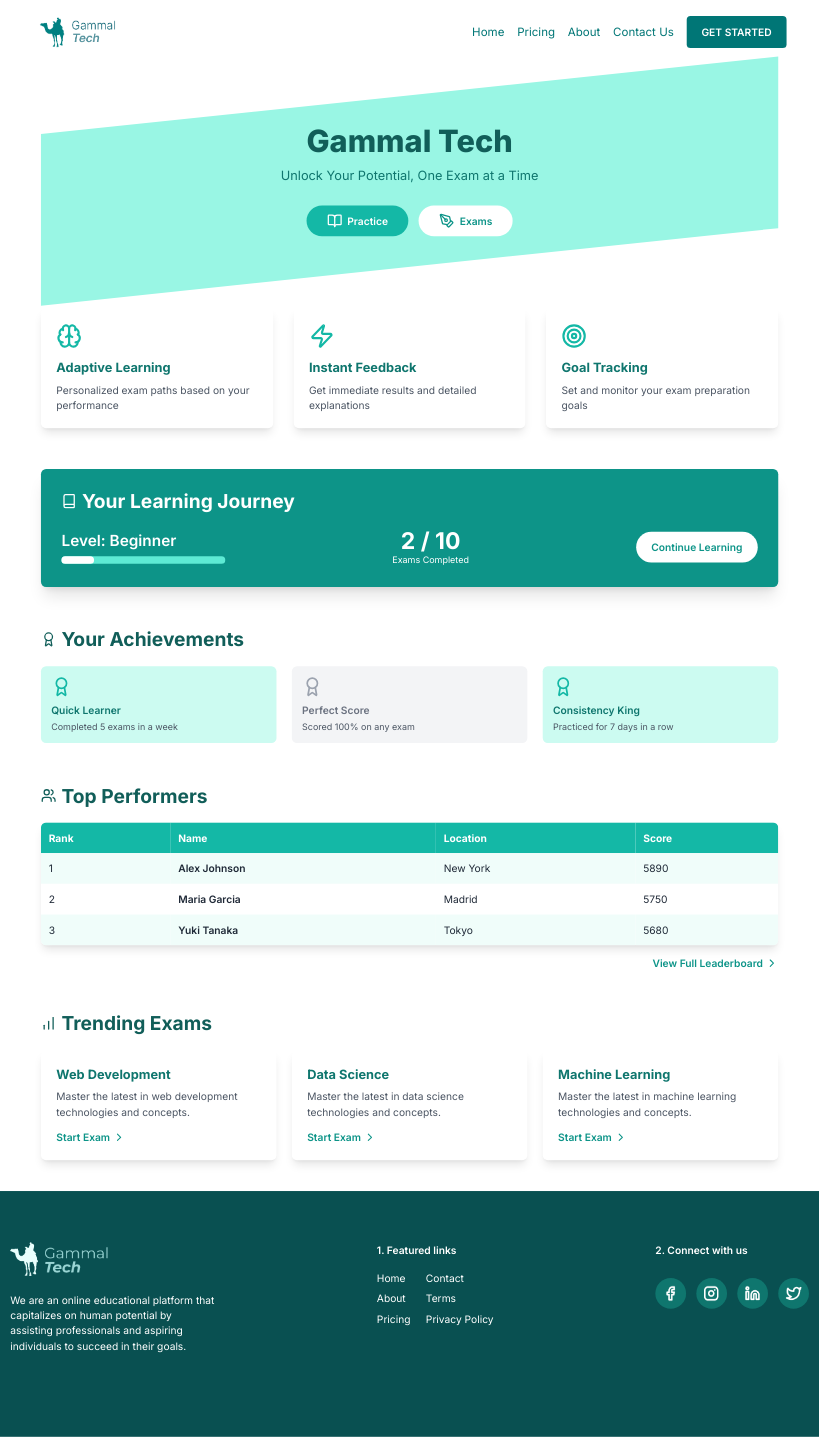
Repository: Ahmed77669/Internship-test
Page: /Home_2
An editor plug-in stored every save of this project. The page is shown before and after the next save, followed by the edit.
The browser window is 1280 px wide. The pictures show the whole page, at 64% of full size.
The page's requests for data from a server got no answer. The project was rebuilt for these pictures with package versions that can differ from the ones it lists, and the page was loaded fresh each time. The framework's server and built-in components were replaced by stand-ins that run in the browser. No one was signed in, and anything a server would have sent is missing. Also part of the build but not shown: next.config.mjs, components/Header/NavBarAuth.tsx.

Above is the page before, as saved 2024-10-26 02:23:22.

### app/layout.tsx
import type { Metadata } from "next";
import localFont from "next/font/local";
import "@/app/styles/globals.css";
import NavBarHome from "@/components/Header/Navbar";
import NavBarAuth from "@/components/Header/NavBarAuth";
import { Inter } from "next/font/google";
import Footer from "@/components/Footer/Footer";
import { cookies } from "next/headers";

const inter = Inter({
  subsets: ["latin"],
});
const geistSans = localFont({
  src: "./fonts/GeistVF.woff",
  variable: "--font-geist-sans",
  weight: "100 900",
});
const geistMono = localFont({
  src: "./fonts/GeistMonoVF.woff",
  variable: "--font-geist-mono",
  weight: "100 900",
});

export const metadata: Metadata = {
  title: "Gammal Tech Exam",
  description: "Generated by create next app",
};

export default function RootLayout({
  children,
}: Readonly<{
  children: React.ReactNode;
}>) {
  const cookieStore = cookies();
  const isAuthenticated = cookieStore.get("isAuthenticated")?.value === "true";
  return (
    <html lang="en">
      <body
        className={`${geistSans.variable} ${geistMono.variable} antialiased ${inter.className}`}
      >
        {isAuthenticated ? <NavBarAuth /> : <NavBarHome />}
        {children}
        <Footer />
      </body>
    </html>
  );
}

### app/Home_2/page.tsx
import Link from 'next/link'
import { Book, Award, Users, BarChart, ChevronRight, Brain, Zap, Target, BookOpen, PenTool } from 'lucide-react'
import HomePage from '@/components/Home/HomePage'

export default function Home() {
  return (
    <HomePage />
  );
}

### app/styles/globals.css
@tailwind base;
@tailwind components;
@tailwind utilities;

:root {
  --background: #ffffff;
  /* --foreground: #171717; */
}

@media (prefers-color-scheme: dark) {
  :root {
    /* --background: #0a0a0a; */
    --foreground: #ededed;
  }
}

body {
  color: var(--foreground);
  background: var(--background);
  font-family: Arial, Helvetica, sans-serif;
}

@layer utilities {
  .text-balance {
    text-wrap: balance;
  }
}

### components/Header/Navbar.tsx
"use client";
import React, { useEffect, useState } from "react";
import GT_logo from "@/public/gammalTech-logos/Component 6.png";
import Link from "next/link";
import Image from "next/image";
import { Menu } from "lucide-react";
import { X } from "lucide-react";
import { AnimatePresence, motion } from "framer-motion";

export default function NavBarHome() {
  const [isMenuOpen, setIsMenuOpen] = useState(false);
  const toggleMenu = () => {
    setIsMenuOpen((prev) => !prev);
  };

  useEffect(() => {
    const handleResize = () => {
      if (window.innerWidth > 1024) {
        setIsMenuOpen(false);
      }
    };

    window.addEventListener("resize", handleResize);
    return () => {
      window.removeEventListener("resize", handleResize);
    };
  }, []);

  return (
    <div className={`py-5 container mx-auto w-[92%]`}>
      <nav className="relative">
        <ul className="flex justify-between items-center">
          <li className="min-w-[152px]">
            <Link href="/">
              <Image
                src={GT_logo}
                alt="Gammal Tech Logo"
                width={130}
                className="cursor-pointer"
              />
            </Link>
          </li>
          <div className="hidden md:flex space-x-5">
            <Link
              href="/"
              className="text-[#007676] text-[18px] font-normal flex items-center"
            >
              Home
            </Link>
            <Link
              href="/pricing"
              className="text-[#007676] text-[18px] font-normal flex items-center"
            >
              Pricing
            </Link>
            <Link
              href="https://www.gammal.tech/"
              className="text-[#007676] text-[18px] font-normal flex items-center"
            >
              About
            </Link>
            <Link
              href="#"
              className="text-[#007676] text-[18px] font-normal flex items-center"
            >
              Contact Us
            </Link>
            <Link href="/signup">
              <button className="bg-[#007676] text-white rounded-md w-[156px] h-[50px] text-[16px] font-semibold  py-1 px-3 transition-all duration-300 ease-in-out hover:bg-[#005555] hover:shadow-lg">
                GET STARTED
              </button>
            </Link>
          </div>
          <div className="md:hidden flex items-center">
            <button
              onClick={toggleMenu}
              className="text-[#007676] focus:outline-none"
            >
              {isMenuOpen ? null : (
                <Menu size={40} color="#007676" strokeWidth={2} />
              )}
            </button>
          </div>
        </ul>

        <AnimatePresence>
          {isMenuOpen && (
            <motion.div
              initial={{ opacity: 0, y: -100 }}
              animate={{ opacity: 1, y: 0 }}
              exit={{ opacity: 0, y: -100 }}
              transition={{ duration: 0.5 }}
              className="fixed inset-0 bg-white z-50 overflow-y-auto"
            >
              <div className="flex flex-col items-center justify-center min-h-screen p-4">
                <button
                  onClick={toggleMenu}
                  className="absolute top-4 right-4 text-[#007676]"
                  aria-label="Close menu"
                >
                  <X size={40} color="#007676" strokeWidth={2} />
                </button>
                <nav className="w-full max-w-md">
                  <Link
                    href="/"
                    className="block text-[#007676] text-lg font-semibold hover:bg-[#f0f0f0] transition duration-200 p-3 rounded-lg text-center w-full"
                    onClick={toggleMenu}
                  >
                    Home
                  </Link>
                  <Link
                    href="/pricing"
                    className="block text-[#007676] text-lg font-semibold hover:bg-[#f0f0f0] transition duration-200 p-3 rounded-lg text-center w-full"
                    onClick={toggleMenu}
                  >
                    Pricing
                  </Link>

                  <Link
                    href="/about"
                    className="block text-[#007676] text-lg font-semibold hover:bg-[#f0f0f0] transition duration-200 p-3 rounded-lg text-center w-full"
                    onClick={toggleMenu}
                  >
                    About
                  </Link>
                  <Link
                    href="#"
                    className="block text-[#007676] text-lg font-semibold hover:bg-[#f0f0f0] transition duration-200 p-3 rounded-lg text-center w-full"
                    onClick={toggleMenu}
                  >
                    Contact Us
                  </Link>
                  <Link href="/signup">
                    <button
                      className="mt-4 bg-[#007676] text-white text-lg font-semibold py-2 px-6 rounded-lg hover:bg-[#005c5c] transition duration-200 w-full"
                      onClick={toggleMenu}
                    >
                      GET STARTED
                    </button>
                  </Link>
                </nav>
              </div>
            </motion.div>
          )}
        </AnimatePresence>
      </nav>
    </div>
  );
}

### components/Footer/Footer.tsx
import React from "react";
import Image from "next/image";
import footerLogo from "@/public/gammalTech-logos/footer-logo.png";
import Link from "next/link";
import linkdin from "@/public/socialmediaIcons/linkdin.png";
import facebook from "@/public/socialmediaIcons/Facebook.png";
import instagram from "@/public/socialmediaIcons/Instagram.png";
import twitter from "@/public/socialmediaIcons/Twitter.png";

const Footer = () => {
  return (
    <section className="bg-[#095051] py-20 min-h-96 h-auto">
      <div className="container mx-auto px-4 ">
        <div className="flex justify-between flex-wrap ">
          <div className="mb-10">
            <div className="mb-6">
              <Image src={footerLogo} alt="Gammal Tech Logo" width={152} />
            </div>
            <div className="text-white w-80">
              We are an online educational platform that capitalizes on human
              potential by assisting professionals and aspiring individuals to
              succeed in their goals.
            </div>
          </div>

          <div className="text-white flex flex-col mb-10">
  <p className="font-semibold mb-5">1. Featured links</p>
  <div className="flex justify-between">
    {/* First column of links */}
    <div className="flex flex-col space-y-2 mr-6">
      <Link href="/">Home</Link>
      <Link href="https://www.gammal.tech/">About</Link>
      <Link href="/pricing">Pricing</Link>
    </div>

    {/* Second column of links */}
    <div className="flex flex-col space-y-2">
      <Link href="#">Contact</Link>
      <Link href="#">Terms</Link>
      <Link href="#">Privacy Policy</Link>
    </div>
  </div>
</div>


          <div>
            <p className="text-white font-semibold mb-8">2. Connect with us</p>
            <div className="flex space-x-4">
              <Link
                href="https://www.facebook.com/gammal.tech/?locale=ar_AR"
                passHref
                target="_blank"
              >
                <div className="w-12 h-12 bg-teal-700 rounded-full flex items-center justify-center cursor-pointer">
                  <Image src={facebook} alt="Facebook Logo" />
                </div>
              </Link>
              <Link
                href="https://www.instagram.com/gammal.tech/?hl=ar"
                passHref
                target="_blank"
              >
                <div className="w-12 h-12 bg-teal-700 rounded-full flex items-center justify-center cursor-pointer">
                  <Image src={instagram} alt="Instagram Logo" />
                </div>
              </Link>
              <Link
                href="https://www.linkedin.com/company/gammal-tech/"
                passHref
                target="_blank"
              >
                <div className="w-12 h-12 bg-teal-700 rounded-full flex items-center justify-center cursor-pointer">
                  <Image src={linkdin} alt="LinkedIn Logo" />
                </div>
              </Link>
              <Link
                href="https://x.com/gammaltech?lang=ar"
                passHref
                target="_blank"
              >
                <div className="w-12 h-12 bg-teal-700 rounded-full flex items-center justify-center cursor-pointer">
                  <Image src={twitter} alt="Twitter Logo" />
                </div>
              </Link>
            </div>
          </div>
        </div>
      </div>
    </section>
  );
};

export default Footer;

### components/Home/HomePage.tsx
import Link from "next/link";
import {
  Book,
  Award,
  Users,
  BarChart,
  ChevronRight,
  Brain,
  Zap,
  Target,
  BookOpen,
  PenTool,
} from "lucide-react";

import React, { useEffect, useState } from "react";

const HomePage = () => {
  const [users, setUsers] = useState([]);
  useEffect(() => {
    async function fetchData() {
      try {
        const response = await fetch("https://exam.gammal.tech/API/users/rankings", {
          method: "GET",
          headers: {
            "Accept": "application/json"
          }
        });
        const data = await response.json();

        // Sort users by total_points in descending order
        const sortedData = data.sort((a: { total_points: number; }, b: { total_points: number; }) => b.total_points - a.total_points);
        setUsers(sortedData);
      } catch (error) {
        console.error("Error fetching user rankings:", error);
      }
    }

    fetchData();
  }, []);
  return (
    <div className="min-h-screen  text-gray-800 py-12 px-4">
      <main className="max-w-6xl mx-auto space-y-16">
        <section className="text-center relative">
          <div className="absolute inset-0 bg-teal-200 transform -skew-y-6 z-0"></div>
          <div className="relative z-10 py-12">
            <h1 className="text-5xl font-extrabold mb-4 text-teal-800">
              Gammal Tech
            </h1>
            <p className="text-xl mb-8 text-teal-700">
              Unlock Your Potential, One Exam at a Time
            </p>
            <div className="flex justify-center space-x-4">
              <Link
                href="/lessons"
                className="bg-teal-500 text-white px-8 py-3 rounded-full font-semibold hover:bg-teal-600 transition duration-300 inline-flex items-center"
              >
                <BookOpen className="mr-2" size={24} />
                Practice
              </Link>
              <Link
                href="/lessons"
                className="bg-white text-teal-600 px-8 py-3 rounded-full font-semibold hover:bg-teal-100 transition duration-300 inline-flex items-center"
              >
                <PenTool className="mr-2" size={24} />
                Exams
              </Link>
            </div>
          </div>
        </section>

        <section className="grid md:grid-cols-3 gap-8">
          {[
            {
              icon: Brain,
              title: "Adaptive Learning",
              description: "Personalized exam paths based on your performance",
            },
            {
              icon: Zap,
              title: "Instant Feedback",
              description: "Get immediate results and detailed explanations",
            },
            {
              icon: Target,
              title: "Goal Tracking",
              description: "Set and monitor your exam preparation goals",
            },
          ].map((feature, index) => (
            <div
              key={index}
              className="bg-white p-6 rounded-lg shadow-lg hover:shadow-xl transition duration-300 transform hover:-translate-y-1"
            >
              <feature.icon className="text-teal-500 mb-4" size={40} />
              <h3 className="text-xl font-bold mb-2 text-teal-700">
                {feature.title}
              </h3>
              <p className="text-gray-600">{feature.description}</p>
            </div>
          ))}
        </section>

        <section className="bg-teal-600 text-white p-8 rounded-lg shadow-xl">
          <h2 className="text-3xl font-bold mb-6 flex items-center">
            <Book className="mr-2" /> Your Learning Journey
          </h2>
          <div className="flex flex-wrap justify-between items-center">
            <div className="mb-4 md:mb-0">
              <p className="text-2xl font-semibold mb-2">Level: Beginner</p>
              <div className="w-64 bg-teal-300 rounded-full h-3">
                <div
                  className="bg-white h-3 rounded-full"
                  style={{ width: "20%" }}
                ></div>
              </div>
            </div>
            <div className="text-center mb-4 md:mb-0">
              <p className="text-4xl font-bold">2 / 10</p>
              <p className="text-sm">Exams Completed</p>
            </div>
            <Link
              href="/practice"
              className="bg-white text-teal-600 px-6 py-3 rounded-full font-semibold hover:bg-teal-100 transition duration-300"
            >
              Continue Learning
            </Link>
          </div>
        </section>

        <section>
          <h2 className="text-3xl font-bold mb-6 text-teal-800 flex items-center">
            <Award className="mr-2" /> Your Achievements
          </h2>
          <div className="grid md:grid-cols-3 gap-6">
            {[
              {
                title: "Quick Learner",
                description: "Completed 5 exams in a week",
                unlocked: true,
              },
              {
                title: "Perfect Score",
                description: "Scored 100% on any exam",
                unlocked: false,
              },
              {
                title: "Consistency King",
                description: "Practiced for 7 days in a row",
                unlocked: true,
              },
            ].map((achievement, index) => (
              <div
                key={index}
                className={`p-4 rounded-lg ${
                  achievement.unlocked ? "bg-teal-100" : "bg-gray-100"
                }`}
              >
                <Award
                  className={`mb-2 ${
                    achievement.unlocked ? "text-teal-500" : "text-gray-400"
                  }`}
                  size={32}
                />
                <h3
                  className={`font-semibold mb-1 ${
                    achievement.unlocked ? "text-teal-700" : "text-gray-500"
                  }`}
                >
                  {achievement.title}
                </h3>
                <p className="text-sm text-gray-600">
                  {achievement.description}
                </p>
              </div>
            ))}
          </div>
        </section>

        <section>
          <h2 className="text-3xl font-bold mb-6 text-teal-800 flex items-center">
            <Users className="mr-2" /> Top Performers
          </h2>
          <div className="bg-white rounded-lg shadow-lg overflow-hidden">
            <table className="w-full">
              <thead className="bg-teal-500 text-white">
                <tr>
                  <th className="p-3 text-left">Rank</th>
                  <th className="p-3 text-left">Name</th>
                  <th className="p-3 text-left">Location</th>
                  <th className="p-3 text-left">Score</th>
                </tr>
              </thead>
              <tbody>
                {[
                  {
                    rank: 1,
                    name: "Alex Johnson",
                    location: "New York",
                    score: 5890,
                  },
                  {
                    rank: 2,
                    name: "Maria Garcia",
                    location: "Madrid",
                    score: 5750,
                  },
                  {
                    rank: 3,
                    name: "Yuki Tanaka",
                    location: "Tokyo",
                    score: 5680,
                  },
                ].map((performer, index) => (
                  <tr
                    key={index}
                    className={index % 2 === 0 ? "bg-teal-50" : "bg-white"}
                  >
                    <td className="p-3">{performer.rank}</td>
                    <td className="p-3 font-semibold">{performer.name}</td>
                    <td className="p-3">{performer.location}</td>
                    <td className="p-3">{performer.score}</td>
                  </tr>
                ))}
              </tbody>
            </table>
          </div>
          <div className="text-right mt-4">
            <Link
              href="/leaderboard"
              className="text-teal-600 hover:text-teal-800 font-semibold inline-flex items-center"
            >
              View Full Leaderboard <ChevronRight className="ml-1" size={20} />
            </Link>
          </div>
        </section>

        <section>
          <h2 className="text-3xl font-bold mb-6 text-teal-800 flex items-center">
            <BarChart className="mr-2" /> Trending Exams
          </h2>
          <div className="grid md:grid-cols-3 gap-6">
            {["Web Development", "Data Science", "Machine Learning"].map(
              (exam, index) => (
                <div
                  key={index}
                  className="bg-white p-6 rounded-lg shadow-lg hover:shadow-xl transition duration-300"
                >
                  <h3 className="font-bold text-xl mb-2 text-teal-700">
                    {exam}
                  </h3>
                  <p className="text-gray-600 mb-4">
                    Master the latest in {exam.toLowerCase()} technologies and
                    concepts.
                  </p>
                  <Link
                    href={`/exam/${exam.toLowerCase().replace(" ", "-")}`}
                    className="inline-flex items-center text-teal-600 hover:text-teal-800 font-semibold"
                  >
                    Start Exam <ChevronRight className="ml-1" size={20} />
                  </Link>
                </div>
              )
            )}
          </div>
        </section>
      </main>
    </div>
  );
};

export default HomePage;

### tailwind.config.js
/** @type {import('tailwindcss').Config} */
module.exports = {
  content: [
    './components/**/*.{js,ts,jsx,tsx}',
    './app/**/*.{js,ts,jsx,tsx}',
    './middleware.ts'
  ],
  theme: {
    extend: {},
  },
  plugins: [],
}

After the next save:
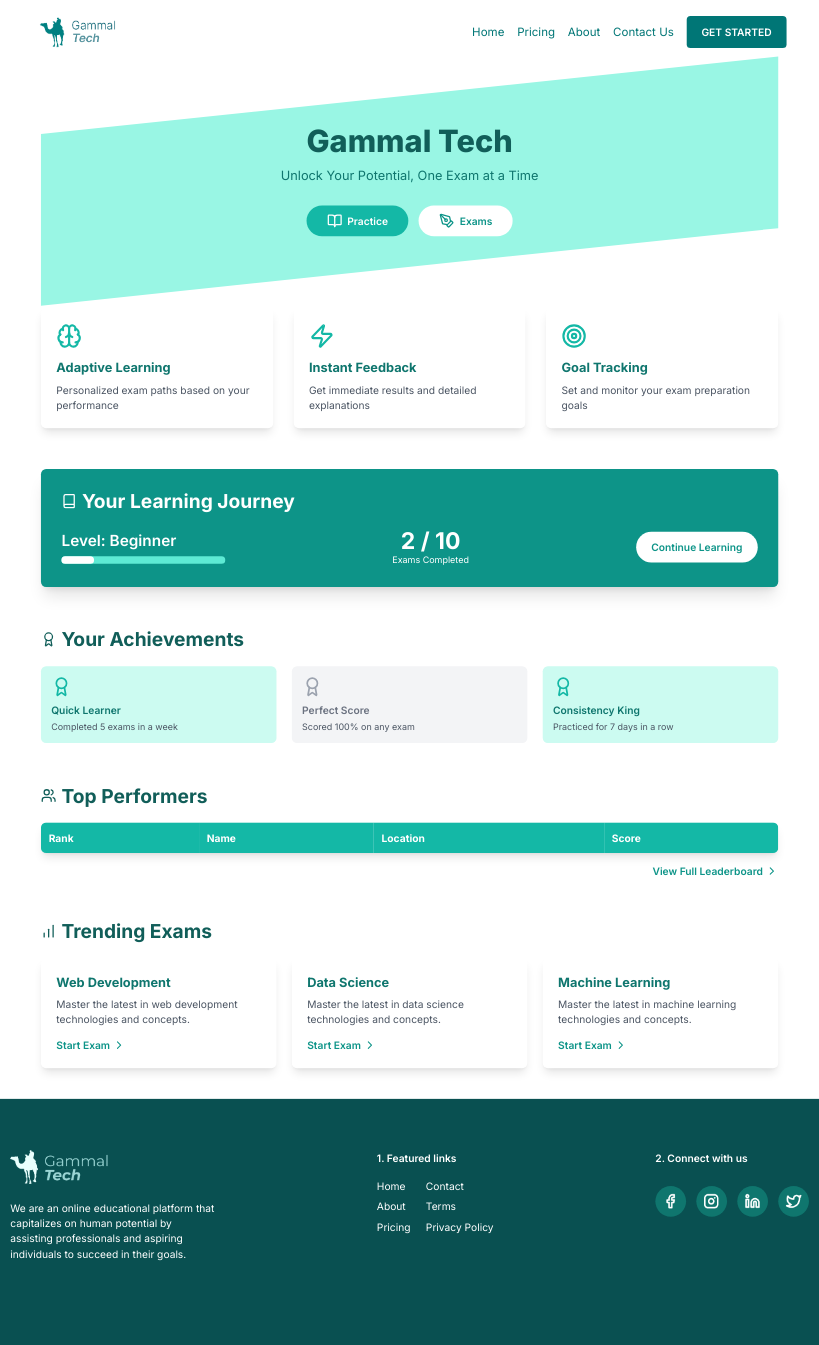
Saved 61 s later.
--- a/components/Home/HomePage.tsx
+++ b/components/Home/HomePage.tsx
@@ -180,48 +180,29 @@ const HomePage = () => {
             <Users className="mr-2" /> Top Performers
           </h2>
           <div className="bg-white rounded-lg shadow-lg overflow-hidden">
-            <table className="w-full">
-              <thead className="bg-teal-500 text-white">
-                <tr>
-                  <th className="p-3 text-left">Rank</th>
-                  <th className="p-3 text-left">Name</th>
-                  <th className="p-3 text-left">Location</th>
-                  <th className="p-3 text-left">Score</th>
-                </tr>
-              </thead>
-              <tbody>
-                {[
-                  {
-                    rank: 1,
-                    name: "Alex Johnson",
-                    location: "New York",
-                    score: 5890,
-                  },
-                  {
-                    rank: 2,
-                    name: "Maria Garcia",
-                    location: "Madrid",
-                    score: 5750,
-                  },
-                  {
-                    rank: 3,
-                    name: "Yuki Tanaka",
-                    location: "Tokyo",
-                    score: 5680,
-                  },
-                ].map((performer, index) => (
-                  <tr
-                    key={index}
-                    className={index % 2 === 0 ? "bg-teal-50" : "bg-white"}
-                  >
-                    <td className="p-3">{performer.rank}</td>
-                    <td className="p-3 font-semibold">{performer.name}</td>
-                    <td className="p-3">{performer.location}</td>
-                    <td className="p-3">{performer.score}</td>
-                  </tr>
-                ))}
-              </tbody>
-            </table>
+          <table className="w-full">
+        <thead className="bg-teal-500 text-white">
+          <tr>
+            <th className="p-3 text-left">Rank</th>
+            <th className="p-3 text-left">Name</th>
+            <th className="p-3 text-left">Location</th>
+            <th className="p-3 text-left">Score</th>
+          </tr>
+        </thead>
+        <tbody>
+          {users.map((user, index) => (
+            <tr
+              key={user.id}
+              className={index % 2 === 0 ? "bg-teal-50" : "bg-white"}
+            >
+              <td className="p-3">{user.rank}</td>
+              <td className="p-3 font-semibold">{user.name}</td>
+              <td className="p-3">{user.state}</td>
+              <td className="p-3">{user.total_points}</td>
+            </tr>
+          ))}
+        </tbody>
+      </table>
           </div>
           <div className="text-right mt-4">
             <Link
